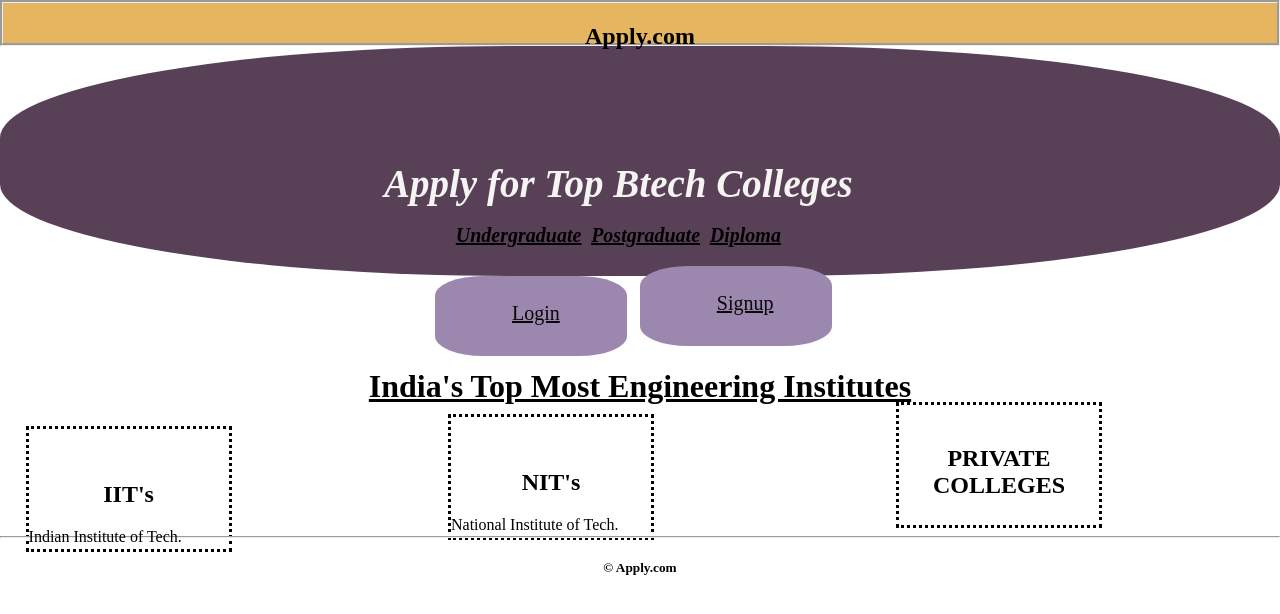
Repository: dashmeenkalra/dashmeen_kalra
Page: css/btech.html
An editor plug-in stored every save of this project. The page is shown before and after the next save, followed by the edit.
The browser window is 1280 px wide. The pictures show the whole page.

Above is the page before, as saved 2023-03-06 17:22:55.

### css/btech.html
<html>
    <head>
        <link href="btech.css" rel="stylesheet"/>
        <title>
            Welcome to apply.com
        </title>
    </head>
    <body>
        <header>
            <h2>Apply.com</h2>
        </header>
        <div id="app">
            <div class="wri">
                Apply for Top Btech Colleges</br>
                <a href="" class="id">Undergraduate</a>
                <a href="" class="id">Postgraduate</a>
                <a href="" class="id">Diploma</a>
            </div>
        </div>
        <div class="log">
            <a href="" class="id1"> Login</a>
        </div>
        <div class="log1">
            <a href="" class="id1">Signup</a>
        </div>
        <h1>India's Top Most Engineering Institutes</h1>
        <div id="type">
         <h2>IIT's</h2>Indian Institute of Tech.
        </div>
        <div id="type1">
            <h2>NIT's</h2>National Institute of Tech.
           </div>
           <div id="type2">
            <h2>PRIVATE COLLEGES</h2>
           </div>
           <hr/>
        <h5> &copy; Apply.com</h5>
    </body>
</html>

### css/btech.css
body{
    margin:0px;
}
header{
    background-color: rgb(229, 182, 95);
    height: 40px;
    border: groove;


}
header > h2{
    text-align: center;
}
#app{
    background-color: rgb(88, 64, 87);
    height:230px;
    width:100%;
    border-radius:40%;
}
.wri{
    text-align: center;
    margin-left: 30%;
    font-weight: bolder;
    font-style: oblique;
    font-size: 39px;
    margin-top: 9%;
    position: absolute;
    color: rgb(246, 243, 243);

}
.id{
    font-size: 20px;
    color: black;
}
.log{
    background-color: rgb(156, 136, 174);
    height:80px;
    width:15%;
    margin-left:34%;
    border-radius:25%;
}
.id1{
    font-size: 20px;
    color: rgb(9, 8, 8);
    margin-left:6%;
    margin-top:2%;
    position: absolute;
}
.log1{
    background-color: rgb(156, 136, 174);
    height:80px;
    width:15%;
    margin-left:50%;
    border-radius:25%;
    margin-top: -7.01%;
}
h1{
    text-align: center;
    text-decoration: underline;
}
#type{
    border: dotted;
    height:120px;
    width: 200px;
    margin-left:2%;
}
#type > h2{
  text-align: center;
  margin-top: 26%;
}
#type1{
    border: dotted;
    height:120px;
    width: 200px;
    margin-left:35%;
    margin-top:-10.8%;
}
#type1 > h2{
    text-align: center;
    margin-top: 26%;
}
#type2{
    border: dotted;
    height:120px;
    width: 200px;
    margin-left:70%;
    margin-top:-10.8%;
}
#type2 > h2{
    text-align: center;
    margin-top: 20%;
}
h5{
    text-align: center;
}

After the next save:
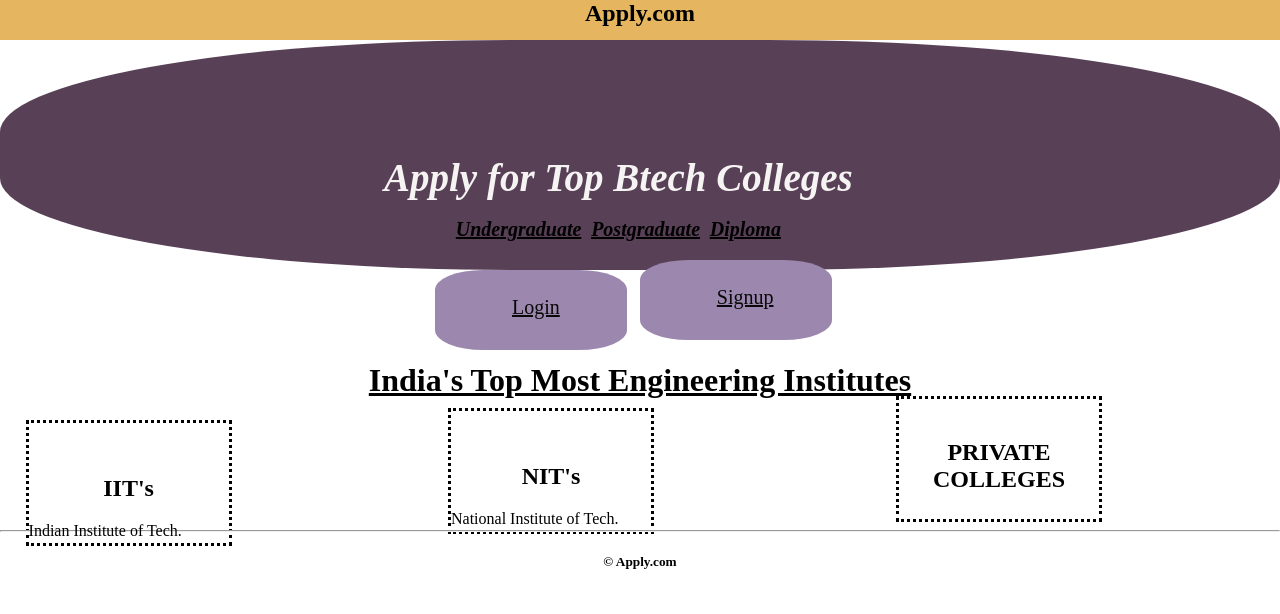
Saved 9 s later.
--- a/css/btech.css
+++ b/css/btech.css
@@ -4,7 +4,6 @@ body{
 header{
     background-color: rgb(229, 182, 95);
     height: 40px;
-    border: groove;
 
 
 }
